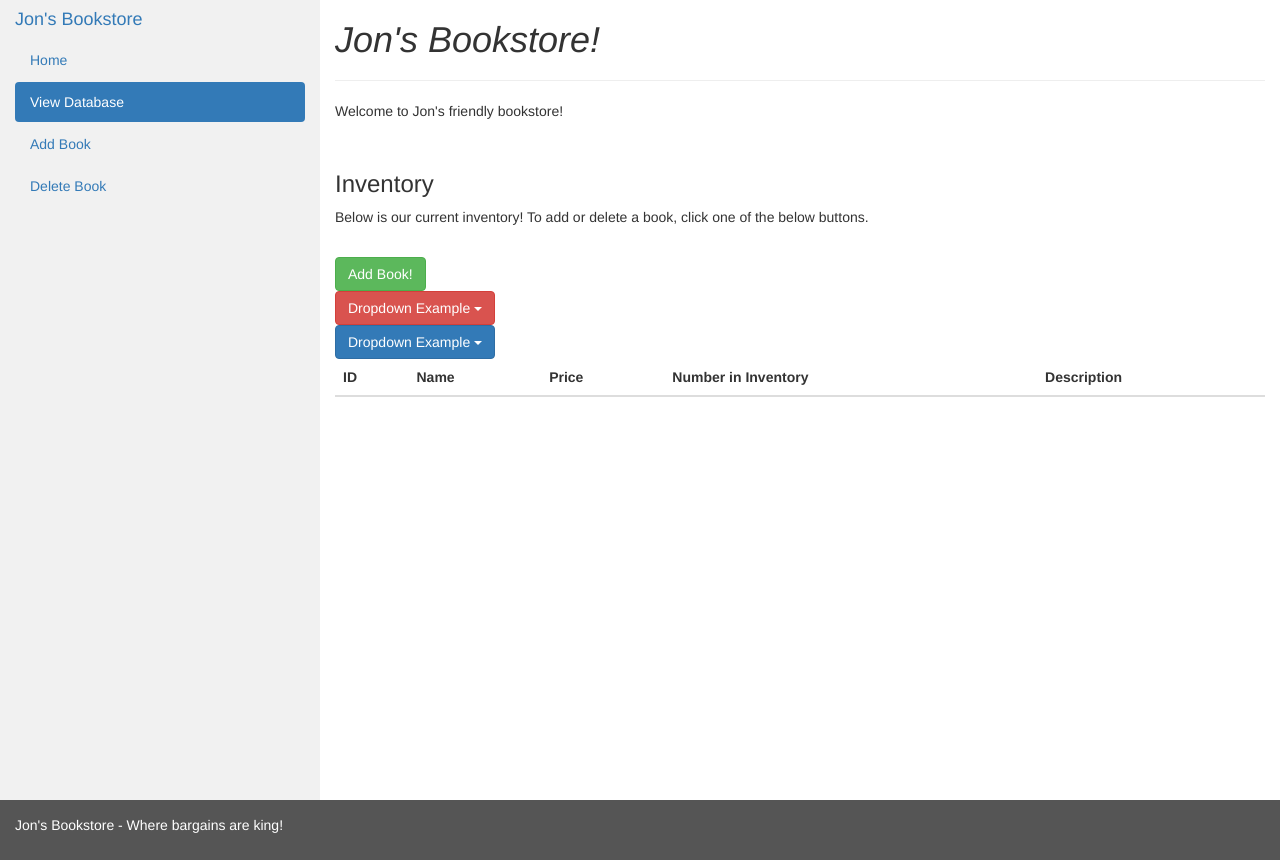
Repository: Inferno51/bookstoreproject
Page: http://localhost/bookstore/readfromdb.jsp
These files come from the project's save history. The page is drawn as it stood at one moment and after the next save; the edit follows.
The browser window is 1280 px wide. The pictures show the whole page.
The page is served by Tomcat 9. Queries for data that is not in the repository find no rows.

Above is the page before, as saved 2016-09-02 17:19:20.

After the next save:
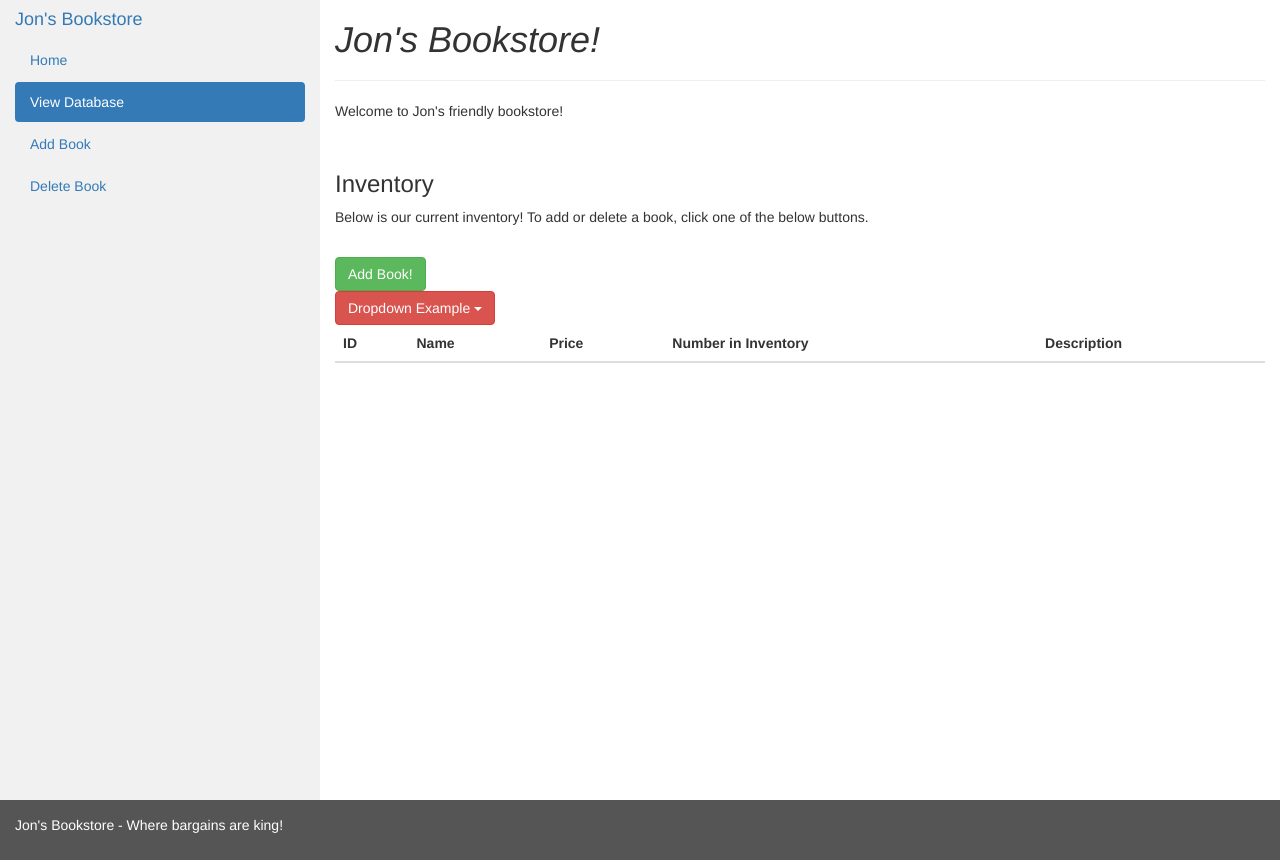
Saved 40 s later.
--- a/bookstore/src/main/webapp/readfromdb.jsp
+++ b/bookstore/src/main/webapp/readfromdb.jsp
@@ -45,18 +45,9 @@
 						click one of the below buttons.</p>
 					<br>
 					<a href="addbook.html" class="btn btn-success" role="button">Add Book!</a>
+
 					<div class="dropdown">
 					    <button class="btn btn-danger dropdown-toggle" type="button" data-toggle="dropdown">Dropdown Example
-					    <span class="caret"></span></button>
-					    <ul class="dropdown-menu">
-					      <li><a href="#">HTML</a></li>
-					      <li><a href="#">CSS</a></li>
-					      <li><a href="#">JavaScript</a></li>
-					    </ul>
-				  	</div>
-
-					<div class="dropdown">
-					    <button class="btn btn-primary dropdown-toggle" type="button" data-toggle="dropdown">Dropdown Example
 					    <span class="caret"></span></button>
 					    <ul class="dropdown-menu">
 					      <li><a href="#">HTML</a></li>
